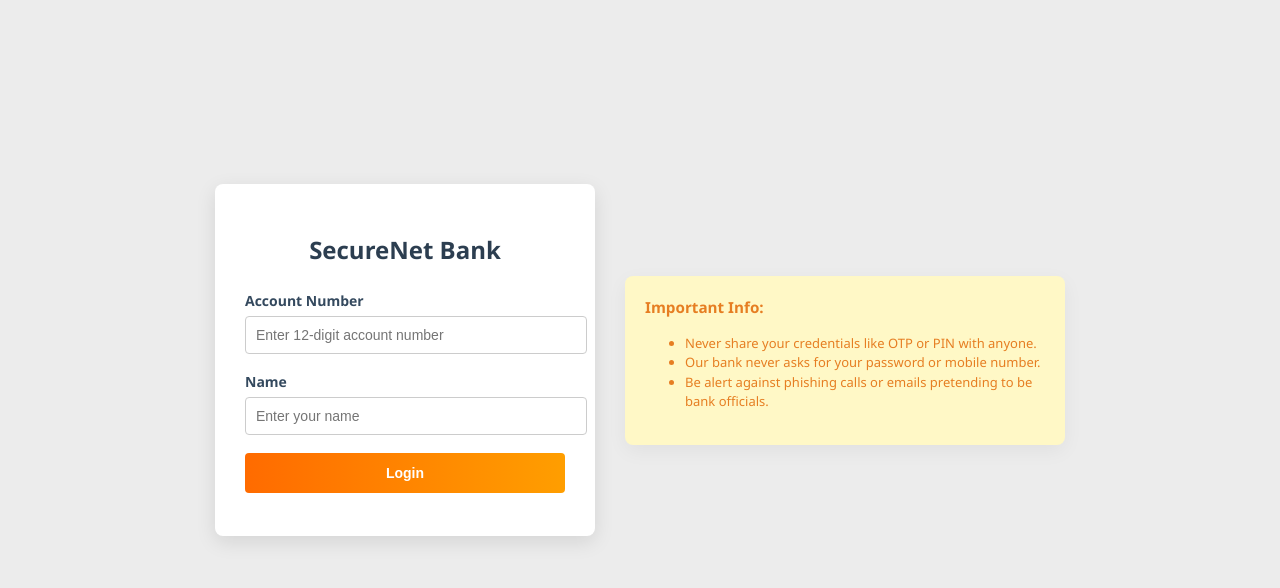
Repository: atharvthonge/Bank-Management-System
Page: http://localhost/login
An editor plug-in stored every save of this project. The page is shown before and after the next save, followed by the edit.
The browser window is 1280 px wide. The pictures show the whole page.
The page is this project's Thymeleaf template; nobody is signed in. The template is opened directly, without the code that normally fills it, so the values that code supplies are empty.

Above is the page before, as saved 2025-08-22 11:53:09.

After the next save:
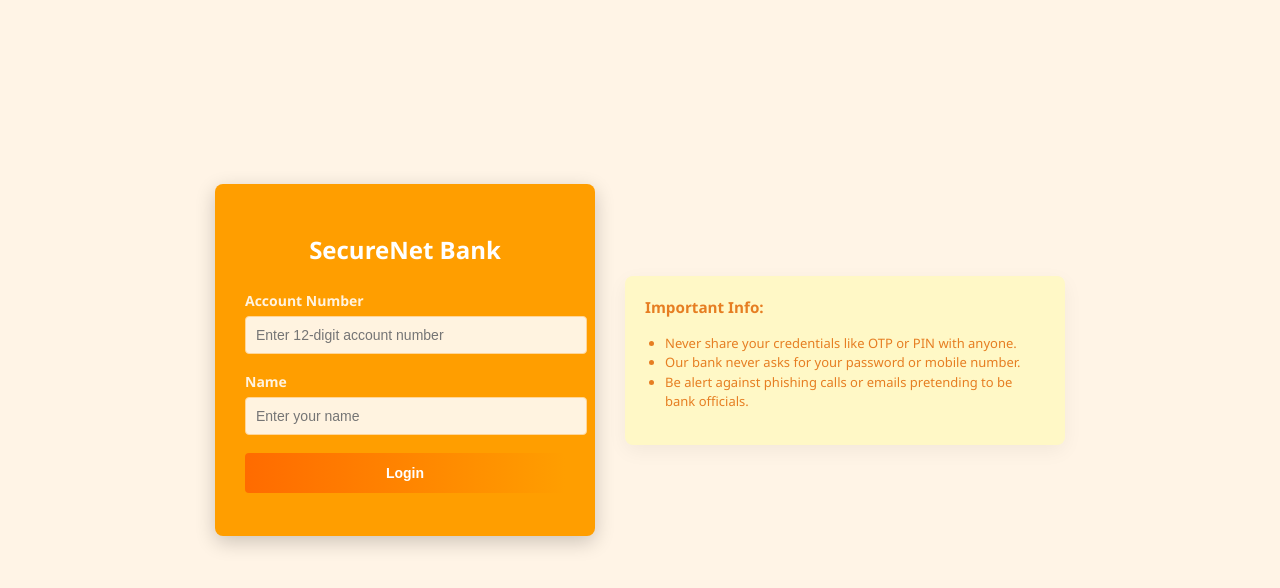
Saved 88 s later.
--- a/com.securenetbank/src/main/resources/templates/login.html
+++ b/com.securenetbank/src/main/resources/templates/login.html
@@ -6,7 +6,7 @@
         body {
             margin: 0;
             font-family: 'Segoe UI', Tahoma, Geneva, Verdana, sans-serif;
-  background-color: #ececec; /* soft neutral gray */
+            background-color: #fff4e6; /* soft cream background that matches orange box */
         }
 
         .container {
@@ -18,24 +18,24 @@
         }
 
         .login-box {
-            background-color: #ffffff; /* keep white */
+            background-color: #ff9e00; /* orange box */
             width: 320px;
             padding: 30px;
             border-radius: 8px;
-            box-shadow: 0 6px 20px rgba(0,0,0,0.1);
+            box-shadow: 0 6px 20px rgba(0,0,0,0.2);
         }
 
         .login-box h2 {
             text-align: center;
             margin-bottom: 25px;
-            color: #2c3e50;
+            color: #ffffff; /* white text */
         }
 
         .login-box label {
             display: block;
             margin-bottom: 6px;
             font-weight: 600;
-            color: #34495e;
+            color: #fff3e0; /* light orange label */
             font-size: 14px;
         }
 
@@ -43,15 +43,16 @@
             width: 100%;
             padding: 10px;
             margin-bottom: 18px;
-            border: 1px solid #ccc;
+            border: 1px solid #ffd699; /* soft border matching box */
             border-radius: 4px;
             font-size: 14px;
+            background-color: #fff3e0; /* light input background */
         }
 
         .login-box button {
             width: 100%;
             padding: 12px;
-            background: linear-gradient(to right, #ff6b00, #ff9e00);
+            background: linear-gradient(to right, #ff6b00, #ff9e00); /* orange gradient */
             border: none;
             color: white;
             font-weight: bold;
@@ -65,13 +66,13 @@
         }
 
         .login-box p.error {
-            color: #e74c3c;
+            color: #d32f2f; /* red for errors */
             text-align: center;
             font-size: 13px;
         }
 
         .info-box {
-            background-color: #fff8c6; /* light yellow */
+            background-color: #fff8c6; /* light yellow info box */
             padding: 20px;
             width: 400px;
             border-radius: 8px;
@@ -83,6 +84,10 @@
 
         .info-box h3 {
             margin-top: 0;
+        }
+
+        .info-box ul {
+            padding-left: 20px;
         }
     </style>
 </head>
